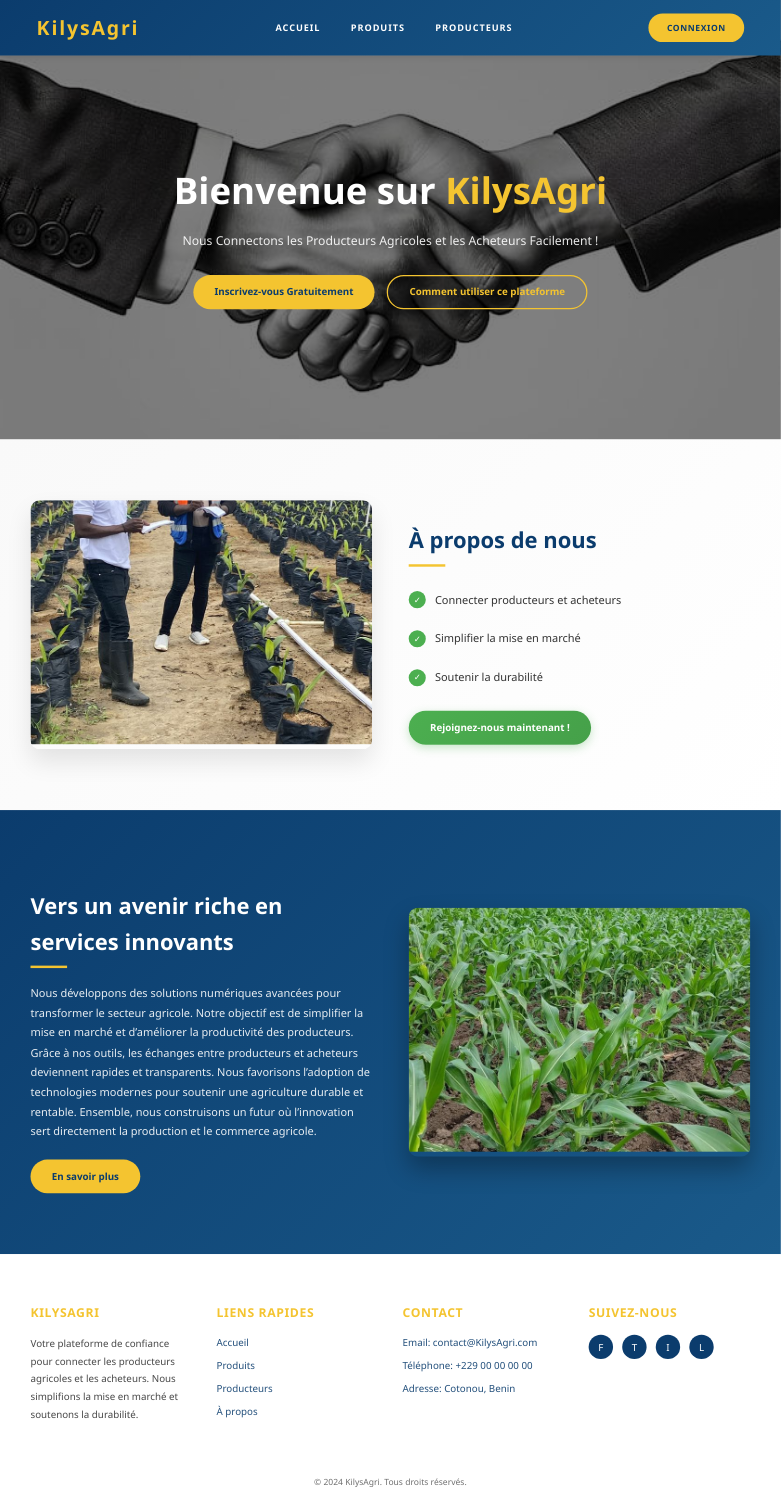
Repository: KILAYOSSI/projetdesoutenance
Page: templates/home/index.html.twig
The author's editor kept a copy of each file at every save. The page is drawn from the files as they stood at one save, then again after the next save.
The browser window is 1280 px wide. The pictures show the whole page, at 61% of full size.
The page is a Twig template of a Symfony application; nobody is signed in and links lead nowhere. The template is opened directly, without the code that normally fills it, so the values that code supplies are empty.

Above is the page before, as saved 2026-02-25 16:28:34.

After the next save:
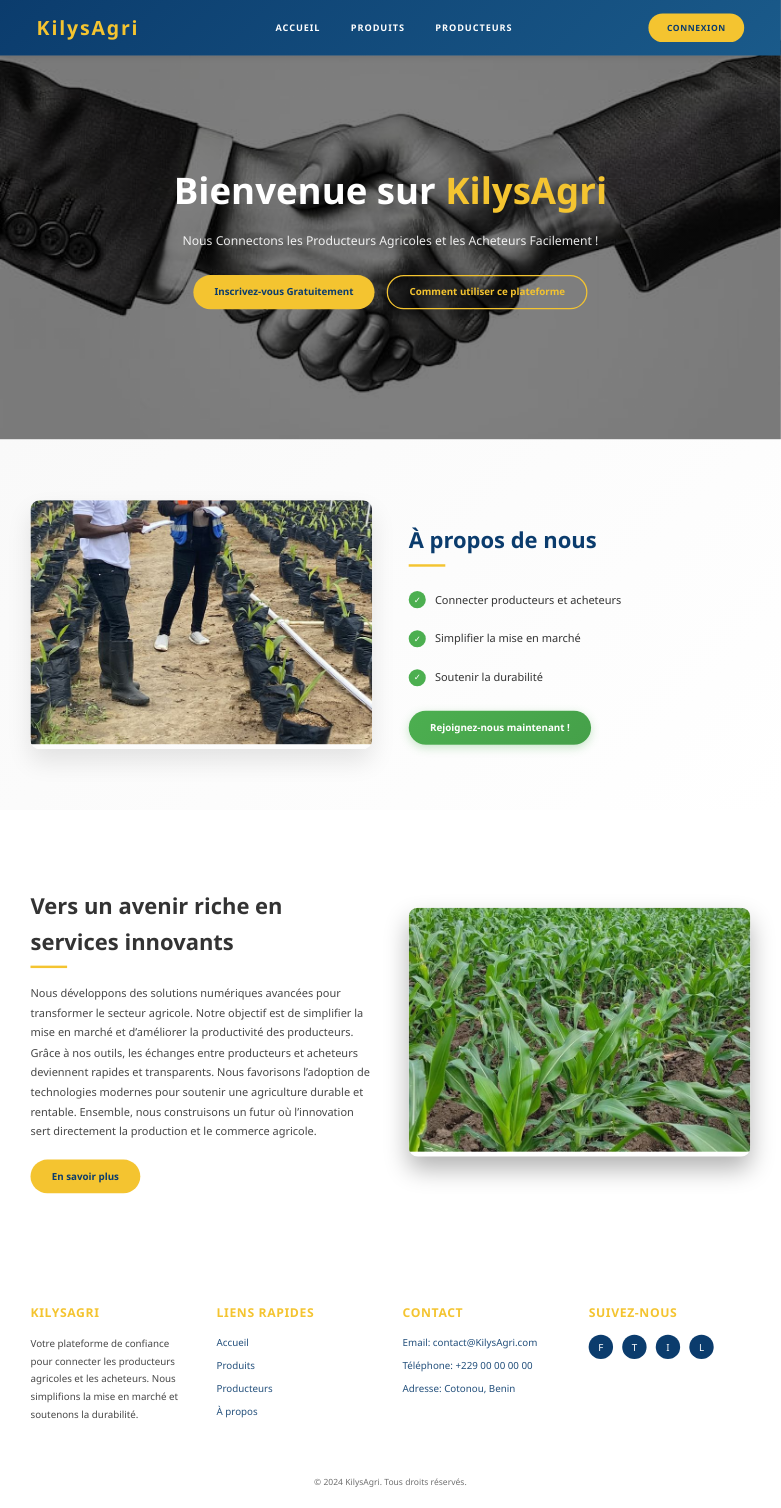
Saved 2 min 0 s later.
--- a/public/css/style.css
+++ b/public/css/style.css
@@ -263,8 +263,8 @@ body {
 /* FUTURE SECTION */
 .future {
     padding: 100px 50px;
-    background: linear-gradient(135deg, #0b3c6d 0%, #1a5a8a 100%);
-    color: white;
+    background: #ffffff;
+    color: #333;
 }
 
 .future .container {
